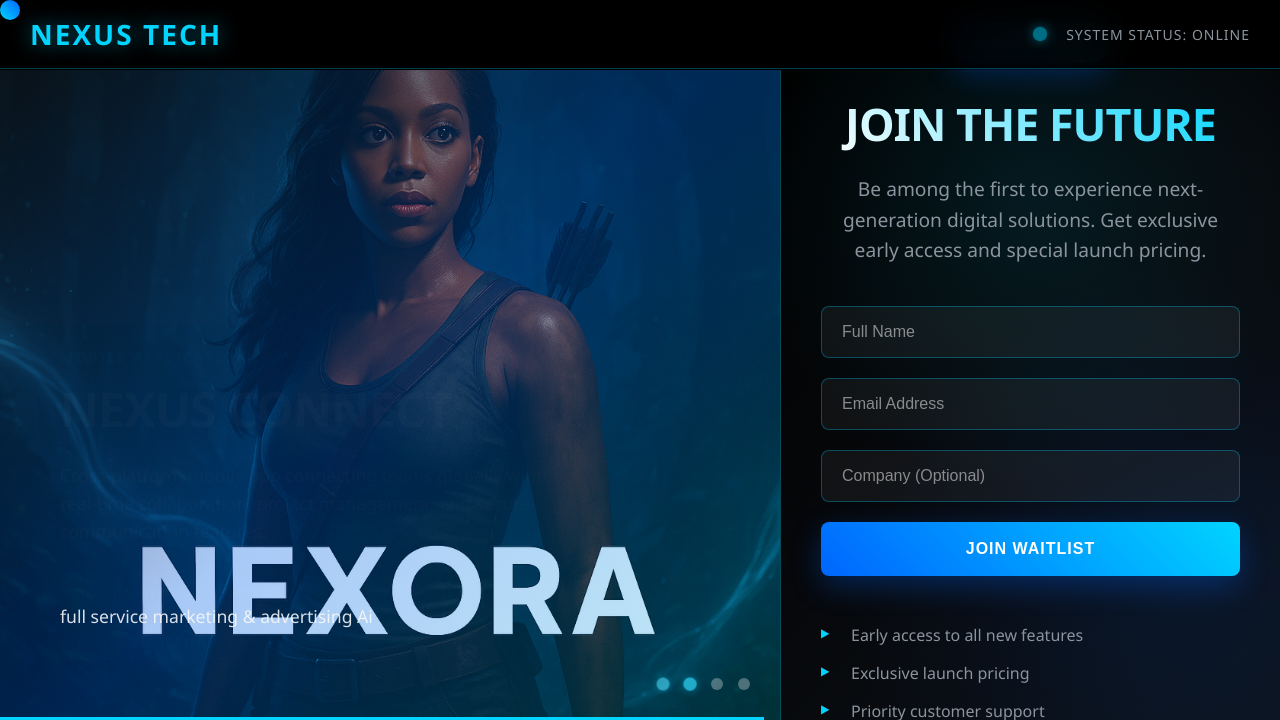
Repository: techandbeauty/NexusTech-Service-Portal
Page: index.html
These files come from the project's save history. The page is drawn as it stood at one moment and after a run of saves; the edit follows.
The browser window is 1280 px wide. The pictures show the whole page.

Above is the page before, as saved 2025-06-20 15:50:04.

After the next 3 saves:
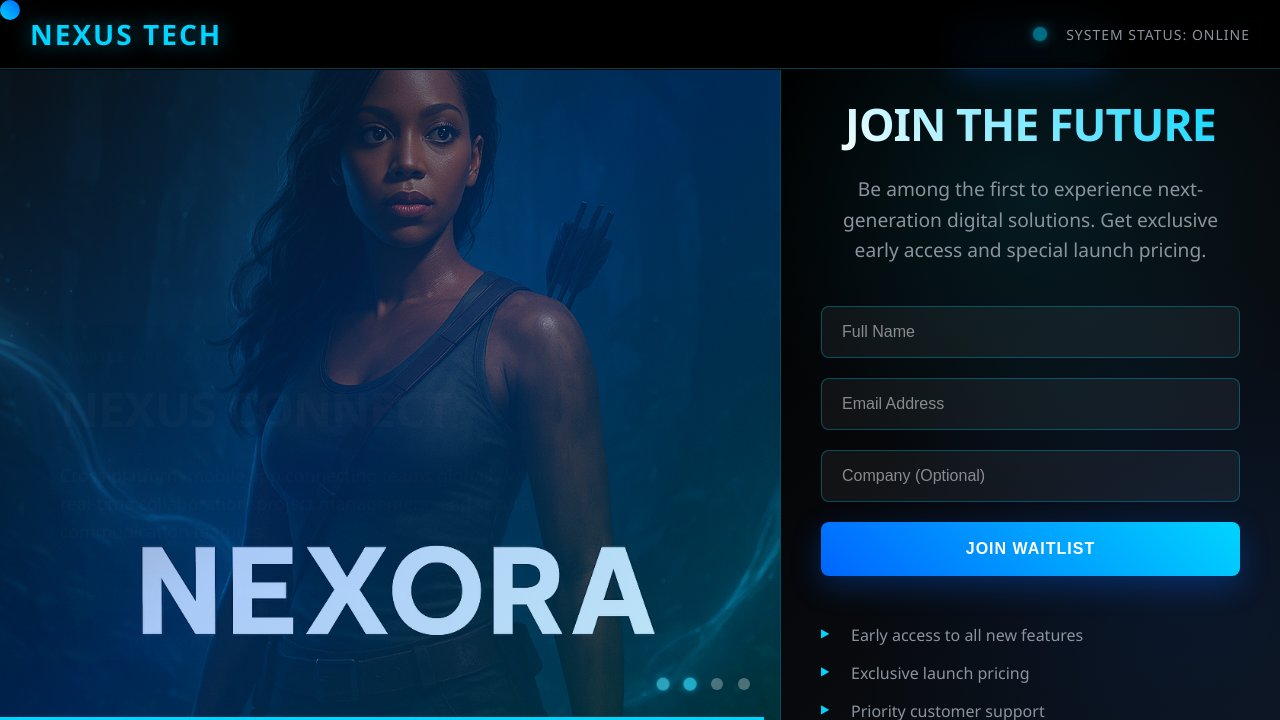
The 3 saves are shown as one change because they came seconds apart.
The last was saved 18 s later.
--- a/index.html
+++ b/index.html
@@ -500,9 +500,9 @@
                     <div class="project-info">
                       <!--  <div class="project-category">Marketing Solution</div> -->
                         <h2 class="project-title"> </h2>
-                        <p class="project-description">
+                       <!-- <p class="project-description">
                             full service marketing & advertising Ai
-                        </p>
+                        </p> -->
                         <!-- <div class="project-tech">
                             <span class="tech-tag">React</span>
                             <span class="tech-tag">Swift</span>
